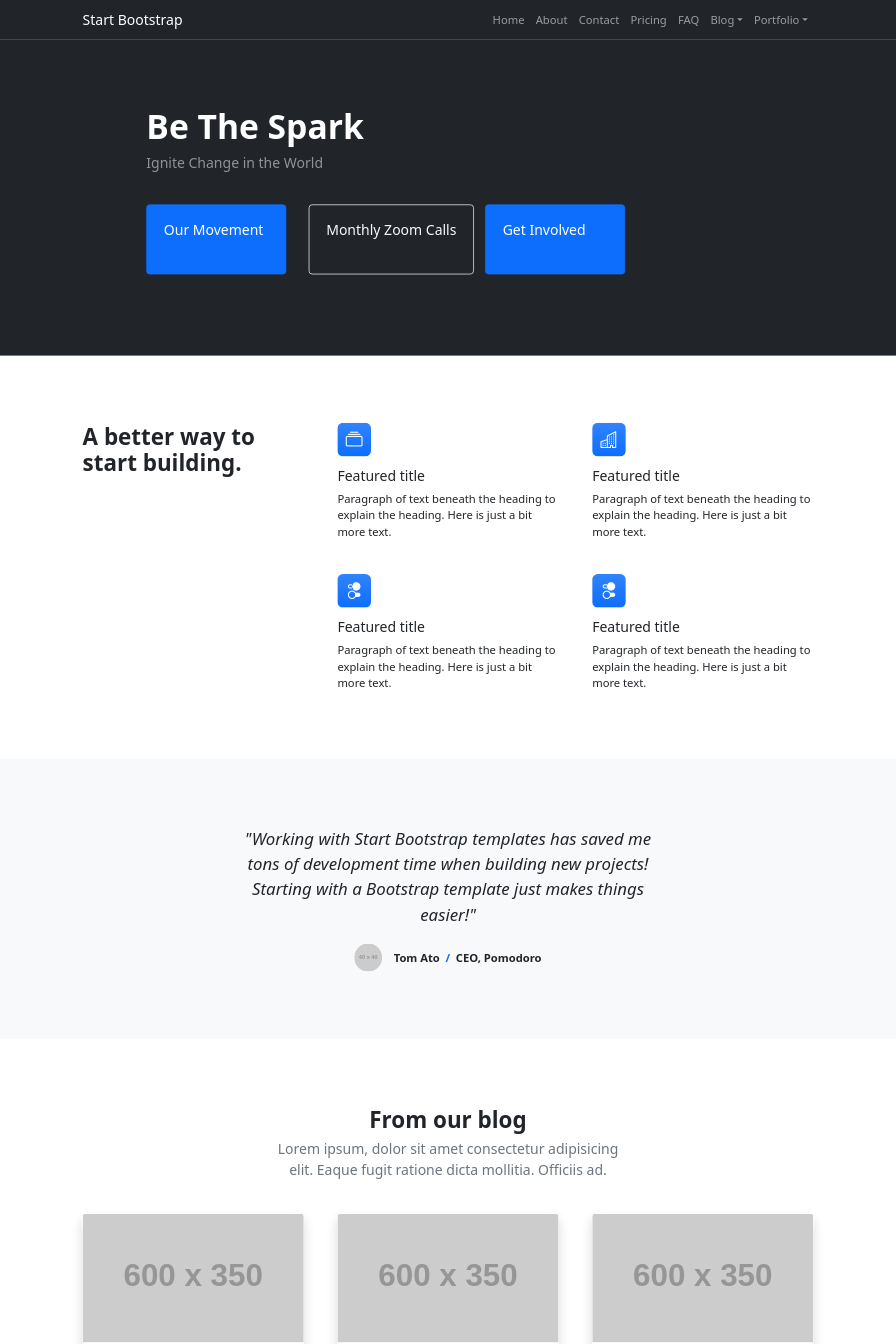
Repository: DragonFruit8/BeTheSpark
Page: index.html
These files come from the project's save history. The page is drawn as it stood at one moment and after the next save; the edit follows.
The browser window is 1280 px wide. The pictures show the part of the page from y = 0 to 1920 px (the page is 2652 px tall), at 70% of full size.

Above is the page before, as saved 2024-01-05 08:33:41.

### index.html
<!DOCTYPE html>
<html lang="en">
    <head>
        <meta charset="utf-8" />
        <meta name="viewport" content="width=device-width, initial-scale=1, shrink-to-fit=no" />
        <meta name="description" content="" />
        <meta name="author" content="" />
        <title>Modern Business - Start Bootstrap Template</title>
        <!-- Favicon-->
        <link rel="icon" type="image/x-icon" href="assets/favicon.ico" />
        <!-- Bootstrap icons-->
        <link href="https://cdn.jsdelivr.net/npm/bootstrap-icons@1.5.0/font/bootstrap-icons.css" rel="stylesheet" />
        <!-- Core theme CSS (includes Bootstrap)-->
        <link href="css/styles.css" rel="stylesheet" />
        <link href="css/home.css" rel="stylesheet" />
    </head>
    <body class="d-flex flex-column h-100">
        <main class="flex-shrink-0">
            <!-- Navigation-->
            <nav class="navbar navbar-expand-lg navbar-dark bg-dark">
                <div class="container px-5">
                    <a class="navbar-brand" href="index.html">Start Bootstrap</a>
                    <button class="navbar-toggler" type="button" data-bs-toggle="collapse" data-bs-target="#navbarSupportedContent" aria-controls="navbarSupportedContent" aria-expanded="false" aria-label="Toggle navigation"><span class="navbar-toggler-icon"></span></button>
                    <div class="collapse navbar-collapse" id="navbarSupportedContent">
                        <ul class="navbar-nav ms-auto mb-2 mb-lg-0">
                            <li class="nav-item"><a class="nav-link" href="index.html">Home</a></li>
                            <li class="nav-item"><a class="nav-link" href="about.html">About</a></li>
                            <li class="nav-item"><a class="nav-link" href="contact.html">Contact</a></li>
                            <li class="nav-item"><a class="nav-link" href="pricing.html">Pricing</a></li>
                            <li class="nav-item"><a class="nav-link" href="faq.html">FAQ</a></li>
                            <li class="nav-item dropdown">
                                <a class="nav-link dropdown-toggle" id="navbarDropdownBlog" href="#" role="button" data-bs-toggle="dropdown" aria-expanded="false">Blog</a>
                                <ul class="dropdown-menu dropdown-menu-end" aria-labelledby="navbarDropdownBlog">
                                    <li><a class="dropdown-item" href="blog-home.html">Blog Home</a></li>
                                    <li><a class="dropdown-item" href="blog-post.html">Blog Post</a></li>
                                </ul>
                            </li>
                            <li class="nav-item dropdown">
                                <a class="nav-link dropdown-toggle" id="navbarDropdownPortfolio" href="#" role="button" data-bs-toggle="dropdown" aria-expanded="false">Portfolio</a>
                                <ul class="dropdown-menu dropdown-menu-end" aria-labelledby="navbarDropdownPortfolio">
                                    <li><a class="dropdown-item" href="portfolio-overview.html">Portfolio Overview</a></li>
                                    <li><a class="dropdown-item" href="portfolio-item.html">Portfolio Item</a></li>
                                </ul>
                            </li>
                        </ul>
                    </div>
                </div>
            </nav>
            <!-- Header-->
            <header class="bg-dark py-5">
                <div class="container px-5">
                    <div class="row gx-5 align-items-center justify-content-center">
                        <div class="col-lg-8 col-xl-10 col-xxl-12">
                            <div class="my-5 text-center text-xl-start">
                                <h1 class="display-5 fw-bolder text-white mb-2">Be The Spark</h1>
                                <p class="lead fw-normal text-white-50 mb-4">Ignite Change in the World</p>
                                <div id="CTA" class="d-grid gap-3 d-sm-flex justify-content-sm-center justify-content-xl-start">
                                    <a class="btn btn-primary btn-lg px-4 me-sm-3" href="#features">Our Movement</a>
                                    <a class="btn btn-outline-light btn-lg px-4" href="#!">Monthly Zoom Calls</a>
                                    <a class="btn btn-primary btn-lg px-4 me-sm-3" href="#features">Get Involved </a>
                                </div>
                            </div>
                        </div>
                        <!-- <div class="col-xl-5 col-xxl-6 d-none d-xl-block text-center"><img class="img-fluid rounded-3 my-5" src="https://dummyimage.com/600x400/343a40/6c757d" alt="..." /></div> -->
                    </div>
                </div>
            </header>
            <!-- Features section-->
            <section class="py-5" id="features">
                <div class="container px-5 my-5">
                    <div class="row gx-5">
                        <div class="col-lg-4 mb-5 mb-lg-0"><h2 class="fw-bolder mb-0">A better way to start building.</h2></div>
                        <div class="col-lg-8">
                            <div class="row gx-5 row-cols-1 row-cols-md-2">
                                <div class="col mb-5 h-100">
                                    <div class="feature bg-primary bg-gradient text-white rounded-3 mb-3"><i class="bi bi-collection"></i></div>
                                    <h2 class="h5">Featured title</h2>
                                    <p class="mb-0">Paragraph of text beneath the heading to explain the heading. Here is just a bit more text.</p>
                                </div>
                                <div class="col mb-5 h-100">
                                    <div class="feature bg-primary bg-gradient text-white rounded-3 mb-3"><i class="bi bi-building"></i></div>
                                    <h2 class="h5">Featured title</h2>
                                    <p class="mb-0">Paragraph of text beneath the heading to explain the heading. Here is just a bit more text.</p>
                                </div>
                                <div class="col mb-5 mb-md-0 h-100">
                                    <div class="feature bg-primary bg-gradient text-white rounded-3 mb-3"><i class="bi bi-toggles2"></i></div>
                                    <h2 class="h5">Featured title</h2>
                                    <p class="mb-0">Paragraph of text beneath the heading to explain the heading. Here is just a bit more text.</p>
                                </div>
                                <div class="col h-100">
                                    <div class="feature bg-primary bg-gradient text-white rounded-3 mb-3"><i class="bi bi-toggles2"></i></div>
                                    <h2 class="h5">Featured title</h2>
                                    <p class="mb-0">Paragraph of text beneath the heading to explain the heading. Here is just a bit more text.</p>
                                </div>
                            </div>
                        </div>
                    </div>
                </div>
            </section>
            <!-- Testimonial section-->
            <div class="py-5 bg-light">
                <div class="container px-5 my-5">
                    <div class="row gx-5 justify-content-center">
                        <div class="col-lg-10 col-xl-7">
                            <div class="text-center">
                                <div class="fs-4 mb-4 fst-italic">"Working with Start Bootstrap templates has saved me tons of development time when building new projects! Starting with a Bootstrap template just makes things easier!"</div>
                                <div class="d-flex align-items-center justify-content-center">
                                    <img class="rounded-circle me-3" src="https://dummyimage.com/40x40/ced4da/6c757d" alt="..." />
                                    <div class="fw-bold">
                                        Tom Ato
                                        <span class="fw-bold text-primary mx-1">/</span>
                                        CEO, Pomodoro
                                    </div>
                                </div>
                            </div>
                        </div>
                    </div>
                </div>
            </div>
            <!-- Blog preview section-->
            <section class="py-5">
                <div class="container px-5 my-5">
                    <div class="row gx-5 justify-content-center">
                        <div class="col-lg-8 col-xl-6">
                            <div class="text-center">
                                <h2 class="fw-bolder">From our blog</h2>
                                <p class="lead fw-normal text-muted mb-5">Lorem ipsum, dolor sit amet consectetur adipisicing elit. Eaque fugit ratione dicta mollitia. Officiis ad.</p>
                            </div>
                        </div>
                    </div>
                    <div class="row gx-5">
                        <div class="col-lg-4 mb-5">
                            <div class="card h-100 shadow border-0">
                                <img class="card-img-top" src="https://dummyimage.com/600x350/ced4da/6c757d" alt="..." />
                                <div class="card-body p-4">
                                    <div class="badge bg-primary bg-gradient rounded-pill mb-2">News</div>
                                    <a class="text-decoration-none link-dark stretched-link" href="#!"><h5 class="card-title mb-3">Blog post title</h5></a>
                                    <p class="card-text mb-0">Some quick example text to build on the card title and make up the bulk of the card's content.</p>
                                </div>
                                <div class="card-footer p-4 pt-0 bg-transparent border-top-0">
                                    <div class="d-flex align-items-end justify-content-between">
                                        <div class="d-flex align-items-center">
                                            <img class="rounded-circle me-3" src="https://dummyimage.com/40x40/ced4da/6c757d" alt="..." />
                                            <div class="small">
                                                <div class="fw-bold">Kelly Rowan</div>
                                                <div class="text-muted">March 12, 2023 &middot; 6 min read</div>
                                            </div>
                                        </div>
                                    </div>
                                </div>
                            </div>
                        </div>
                        <div class="col-lg-4 mb-5">
                            <div class="card h-100 shadow border-0">
                                <img class="card-img-top" src="https://dummyimage.com/600x350/adb5bd/495057" alt="..." />
                                <div class="card-body p-4">
                                    <div class="badge bg-primary bg-gradient rounded-pill mb-2">Media</div>
                                    <a class="text-decoration-none link-dark stretched-link" href="#!"><h5 class="card-title mb-3">Another blog post title</h5></a>
                                    <p class="card-text mb-0">This text is a bit longer to illustrate the adaptive height of each card. Some quick example text to build on the card title and make up the bulk of the card's content.</p>
                                </div>
                                <div class="card-footer p-4 pt-0 bg-transparent border-top-0">
                                    <div class="d-flex align-items-end justify-content-between">
                                        <div class="d-flex align-items-center">
                                            <img class="rounded-circle me-3" src="https://dummyimage.com/40x40/ced4da/6c757d" alt="..." />
                                            <div class="small">
                                                <div class="fw-bold">Josiah Barclay</div>
                                                <div class="text-muted">March 23, 2023 &middot; 4 min read</div>
                                            </div>
                                        </div>
                                    </div>
                                </div>
                            </div>
                        </div>
                        <div class="col-lg-4 mb-5">
                            <div class="card h-100 shadow border-0">
                                <img class="card-img-top" src="https://dummyimage.com/600x350/6c757d/343a40" alt="..." />
                                <div class="card-body p-4">
                                    <div class="badge bg-primary bg-gradient rounded-pill mb-2">News</div>
                                    <a class="text-decoration-none link-dark stretched-link" href="#!"><h5 class="card-title mb-3">The last blog post title is a little bit longer than the others</h5></a>
                                    <p class="card-text mb-0">Some more quick example text to build on the card title and make up the bulk of the card's content.</p>
                                </div>
                                <div class="card-footer p-4 pt-0 bg-transparent border-top-0">
                                    <div class="d-flex align-items-end justify-content-between">
                                        <div class="d-flex align-items-center">
                                            <img class="rounded-circle me-3" src="https://dummyimage.com/40x40/ced4da/6c757d" alt="..." />
                                            <div class="small">
                                                <div class="fw-bold">Evelyn Martinez</div>
                                                <div class="text-muted">April 2, 2023 &middot; 10 min read</div>
                                            </div>
                                        </div>
                                    </div>
                                </div>
                            </div>
                        </div>
                    </div>
                    <!-- Call to action-->
                    <aside class="bg-primary bg-gradient rounded-3 p-4 p-sm-5 mt-5">
                        <div class="d-flex align-items-center justify-content-between flex-column flex-xl-row text-center text-xl-start">
                            <div class="mb-4 mb-xl-0">
                                <div class="fs-3 fw-bold text-white">New products, delivered to you.</div>
                                <div class="text-white-50">Sign up for our newsletter for the latest updates.</div>
                            </div>
                            <div class="ms-xl-4">
                                <div class="input-group mb-2">
                                    <input class="form-control" type="text" placeholder="Email address..." aria-label="Email address..." aria-describedby="button-newsletter" />
                                    <button class="btn btn-outline-light" id="button-newsletter" type="button">Sign up</button>
                                </div>
                                <div class="small text-white-50">We care about privacy, and will never share your data.</div>
                            </div>
                        </div>
                    </aside>
                </div>
            </section>
        </main>
        <!-- Footer-->
        <footer class="bg-dark py-4 mt-auto">
            <div class="container px-5">
                <div class="row align-items-center justify-content-between flex-column flex-sm-row">
                    <div class="col-auto"><div class="small m-0 text-white">Copyright &copy; Your Website 2023</div></div>
                    <div class="col-auto">
                        <a class="link-light small" href="#!">Privacy</a>
                        <span class="text-white mx-1">&middot;</span>
                        <a class="link-light small" href="#!">Terms</a>
                        <span class="text-white mx-1">&middot;</span>
                        <a class="link-light small" href="#!">Contact</a>
                    </div>
                </div>
            </div>
        </footer>
        <!-- Bootstrap core JS-->
        <script src="https://cdn.jsdelivr.net/npm/bootstrap@5.2.3/dist/js/bootstrap.bundle.min.js"></script>
        <!-- Core theme JS-->
        <script src="js/scripts.js"></script>
    </body>
</html>

### css/home.css
#CTA a{
    display: flex;
    max-height:300px;
    max-width: 300px;
    padding: 20px;
    margin-top: 20px;
    margin-bottom: 20px;
    border-radius: 5px;
}

@media (mn-width: 1080px) {
    #CTA > a{
        display: inline-flex;
        flex-direction: row;
        min-height:100px !important;
        min-width: 100px !important;
        padding: 20px;
        border-radius: 5px;
    }

}

@media (max-width: 1080px) and (min-width: 768px) {
    #CTA a{
        display: inline-flex;
        flex-direction: row;
        max-height:50px !important;
        max-width: 100px !important;
        border-radius: 5px;
    }
}

@media (min-width: 1080px) {
    #CTA a{
        display: inline-flex;
        flex-direction: row;
        min-height:100px;
        min-width: 200px;
        margin-top: 20px;
        margin-bottom: 20px;
        border-radius: 5px;
    }
}

Loaded but not shown: css/styles.css (library); js/scripts.js (common file)

After the next save:
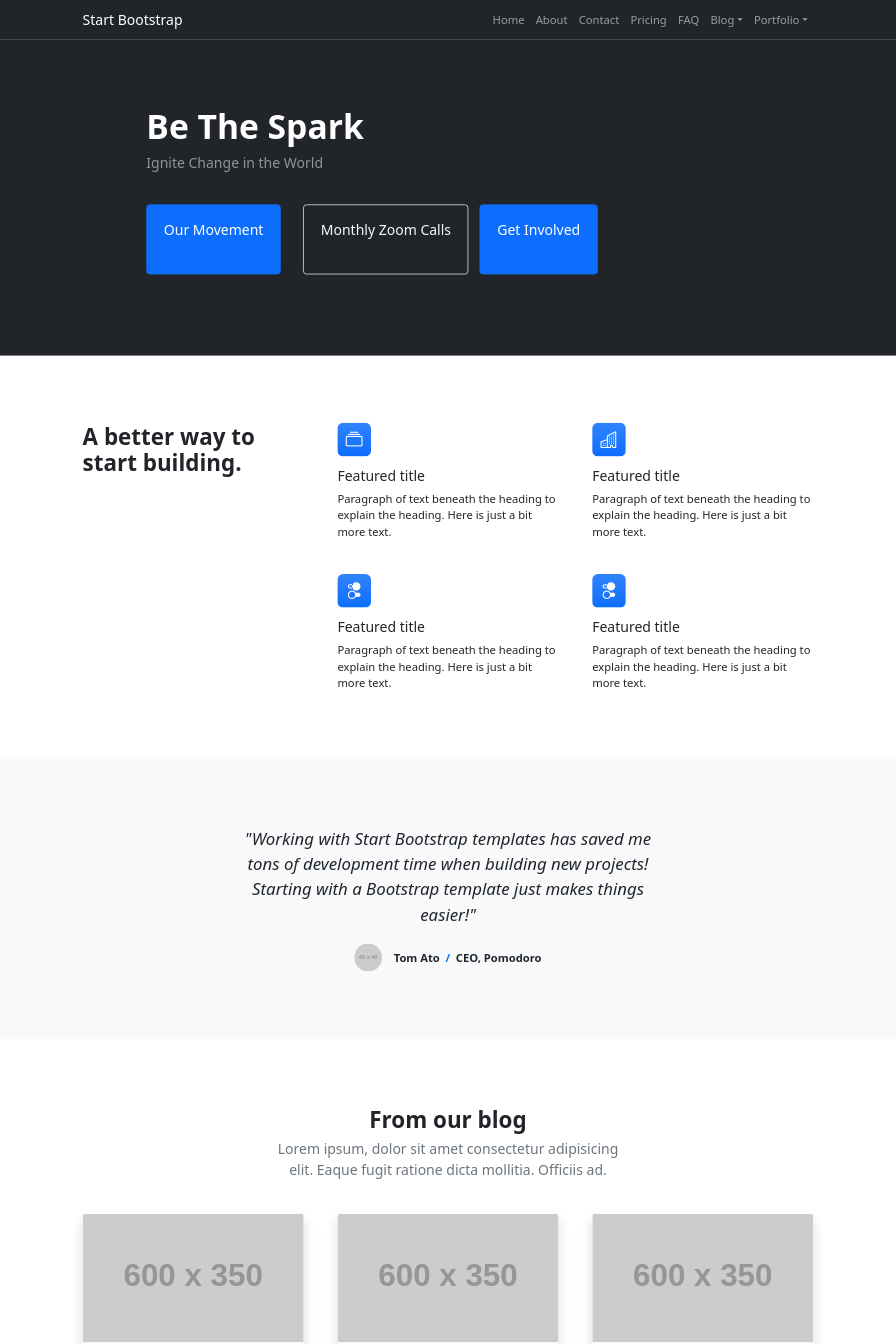
Saved 15 s later.
--- a/css/home.css
+++ b/css/home.css
@@ -8,7 +8,7 @@
     border-radius: 5px;
 }
 
-@media (mn-width: 1080px) {
+@media (min-width: 1080px) {
     #CTA > a{
         display: inline-flex;
         flex-direction: row;

After the save that followed:
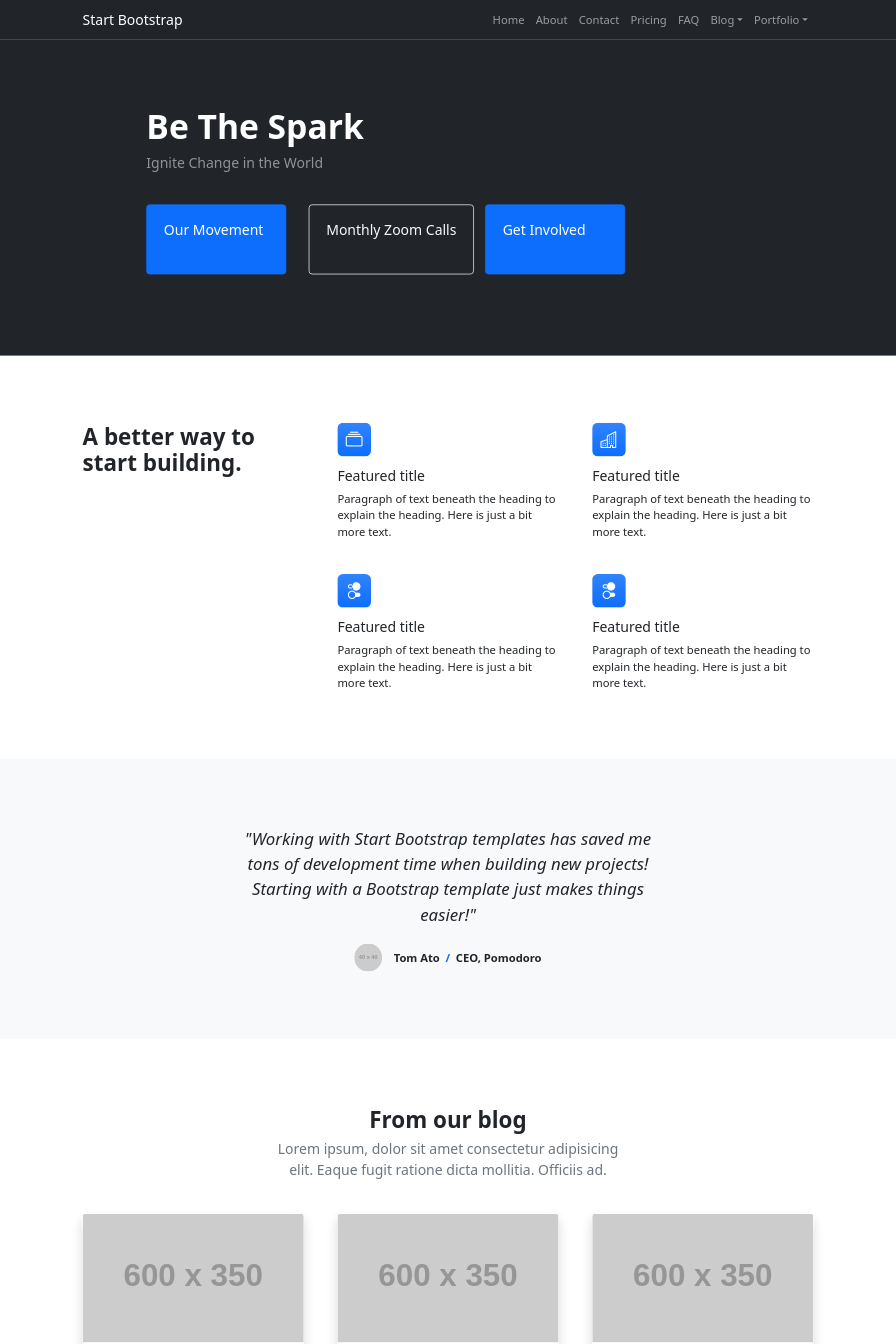
Saved 8 s later.
--- a/css/home.css
+++ b/css/home.css
@@ -13,7 +13,7 @@
         display: inline-flex;
         flex-direction: row;
         min-height:100px !important;
-        min-width: 100px !important;
+        min-width: 200px !important;
         padding: 20px;
         border-radius: 5px;
     }
